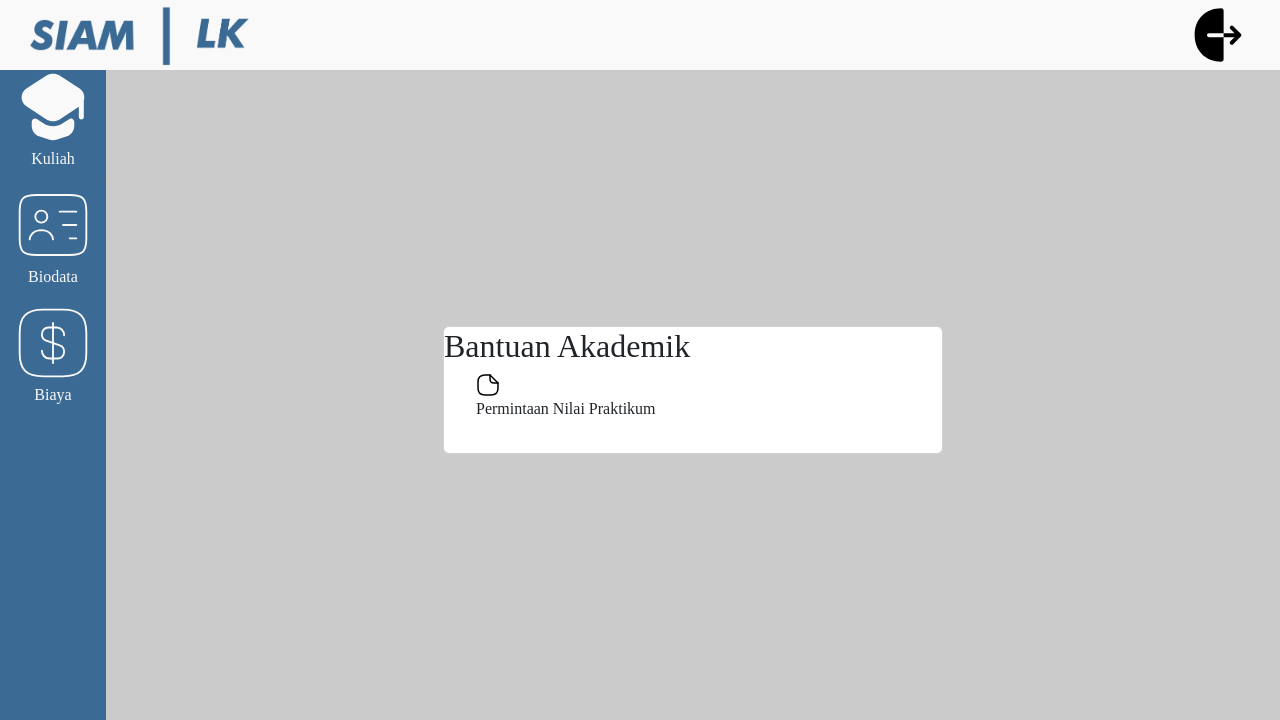
Repository: haikalirf/Project-IMK
Page: knowledgebase.html
These files come from the project's save history. The page is drawn as it stood at one moment and after the next save; the edit follows.
The browser window is 1280 px wide. The pictures show the whole page.
Some web fonts or font styles are not loaded; a fallback is used.

Above is the page before, as saved 2022-12-15 10:56:00.
Not found: scripts/.js

### knowledgebase.html
<!DOCTYPE html>
<html lang="en">
<head>
	<meta charset="UTF-8">
	<meta http-equiv="X-UA-Compatible" content="IE=edge">
	<meta name="viewport" content="width=device-width, initial-scale=1.0">
	<title>SIAM</title>
	<link rel="icon" href="/assets/logo_ub.ico">
	<link rel="stylesheet" href="https://cdn.jsdelivr.net/npm/bootstrap@5.2.3/dist/css/bootstrap.min.css" integrity="sha384-rbsA2VBKQhggwzxH7pPCaAqO46MgnOM80zW1RWuH61DGLwZJEdK2Kadq2F9CUG65" crossorigin="anonymous">
	<link rel="stylesheet" href="/styles/knowledgebase.css">
</head>
<body>
	<nav class="navbar" id="navbar">
		<div class="navbar-left">
			<a class="navbar-brand" href="/kuliah.html">
				<img class="navbar-image" src="/assets/SIAM.png" alt="SIAM">
			</a>
			<img src="/assets/Garis.svg" alt="">
			<a class="navbar-extra" href="kemahasiswaan.html">
				<img class="navbar-image" src="assets/LK.png" alt="Layanan Kemahasiswaan">
			</a>
		</div>
		<a class="navbar-link" href="landing.html">
			<img id="navbar-image" src="/assets/Logout.svg" alt="Logout">
		</a>
	</nav>
	<div class="mh-100" id="sidebar">
		<a class="btn" href="kuliah.html">
			<img id="sidebar-kuliah" src="/assets/Kuliah Logo.svg" alt="Kuliah">
			<label for="sidebar-kuliah">Kuliah</label>
		</a>
		<a class="btn" href="">
			<img id="sidebar-biodata" src="/assets/Biodata Logo Kosong.svg" alt="Biodata">
			<label for="sidebar-biodata">Biodata</label>
		</a>
		<a class="btn" href="">
			<img id="sidebar-biaya" src="/assets/Biaya Logo Kosong.svg" alt="Biaya">
			<label for="sidebar-biaya">Biaya</label>
		</a>
	</div>
	<main>
		<div class="card">
			<h2>Bantuan Akademik</h2>
			<ul class="list-group-flush">
				<li class="list-group-item">
					<img class="icon" src="assets/Logo Docs.svg" alt="">
					<p>Permintaan Nilai Praktikum</p>
					<a href="">
						<span class="link-spanner"></span>
					</a>
				</li>
			</ul>
		</div>
	</main>
	<script src="https://cdn.jsdelivr.net/npm/bootstrap@5.2.3/dist/js/bootstrap.bundle.min.js" integrity="sha384-kenU1KFdBIe4zVF0s0G1M5b4hcpxyD9F7jL+jjXkk+Q2h455rYXK/7HAuoJl+0I4" crossorigin="anonymous"></script>
	<script src="/scripts/.js"></script>
</body>
</html>

### styles/knowledgebase.css
/* CSS Reset */
/*
	Josh's Custom CSS Reset
	https://www.joshwcomeau.com/css/custom-css-reset/
*/
*, *::before, *::after {
	box-sizing: border-box;
}
  * {
	margin: 0;
}
html, body {
	height: 100%;
}
body {
	line-height: 1.5;
	-webkit-font-smoothing: antialiased;
}
img, picture, video, canvas, svg {
	display: block;
	max-width: 100%;
}
input, button, textarea, select {
	font: inherit;
}
p, h1, h2, h3, h4, h5, h6 {
	overflow-wrap: break-word;
}
#root, #__next {
	isolation: isolate;
}
/* CSS Reset ends */

body {
	background-color: #cbcbcb;
	font-family: 'readex';
	font-size: 16px;
}

@font-face {
	font-family: 'readex';
	src:url('/assets/fonts/ReadexPro-Medium.ttf');
}

#navbar {
	display: flex;
	justify-content: space-between;
	position: fixed;
	background-color: #f9f9f9;
	z-index: 1;
	width: 100%;
	padding: 0px 30px;
}

.navbar-left {
	display: flex;
	align-items: center;
}

.navbar-image {
	height: 50px;
}

.navbar-extra {
	padding-bottom: 5px;
	margin-left: 15px;
}

main {
	padding-top: 60px;
	padding-left: 106px;
	display: flex;
	flex-direction: column;
	justify-content: center;
	align-items: center;
	height: 100vh;
	gap: 20px;
}

#sidebar {
	background-color: #3b6a94;
	display: flex;
	flex-direction: column;
	flex: 1;
	position: fixed;
	height: 100vh;
	padding-top: 60px;
}

#sidebar a:hover {
	background-color: #266093;
}

#sidebar img {
	width: 80px;
	height: 80px;
}

a img, a label {
	color: #f9f9f9;
}

.btn {
	background-color: #3b6a94;
}

.btn:hover {
	background-color: #266093;
}

.link-spanner{
	position:absolute;
	width:100%;
	height:100%;
	top:0;
	left: 0;
	z-index: 1;
}

.card {
	width: 500px;
}

.list-group-item{
	display: inline;
}

After the next save:
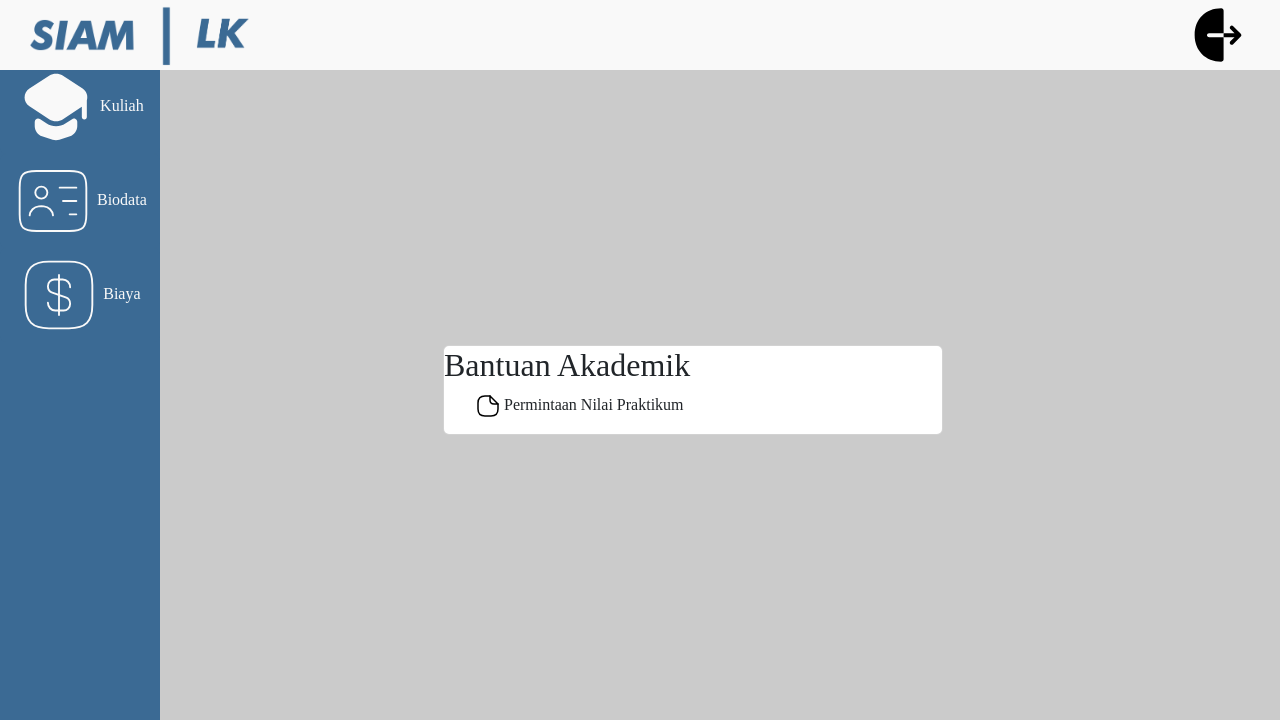
Saved 18 s later.
--- a/styles/knowledgebase.css
+++ b/styles/knowledgebase.css
@@ -121,6 +121,6 @@ a img, a label {
 	width: 500px;
 }
 
-.list-group-item{
+.list-group-item p, img{
 	display: inline;
 }
